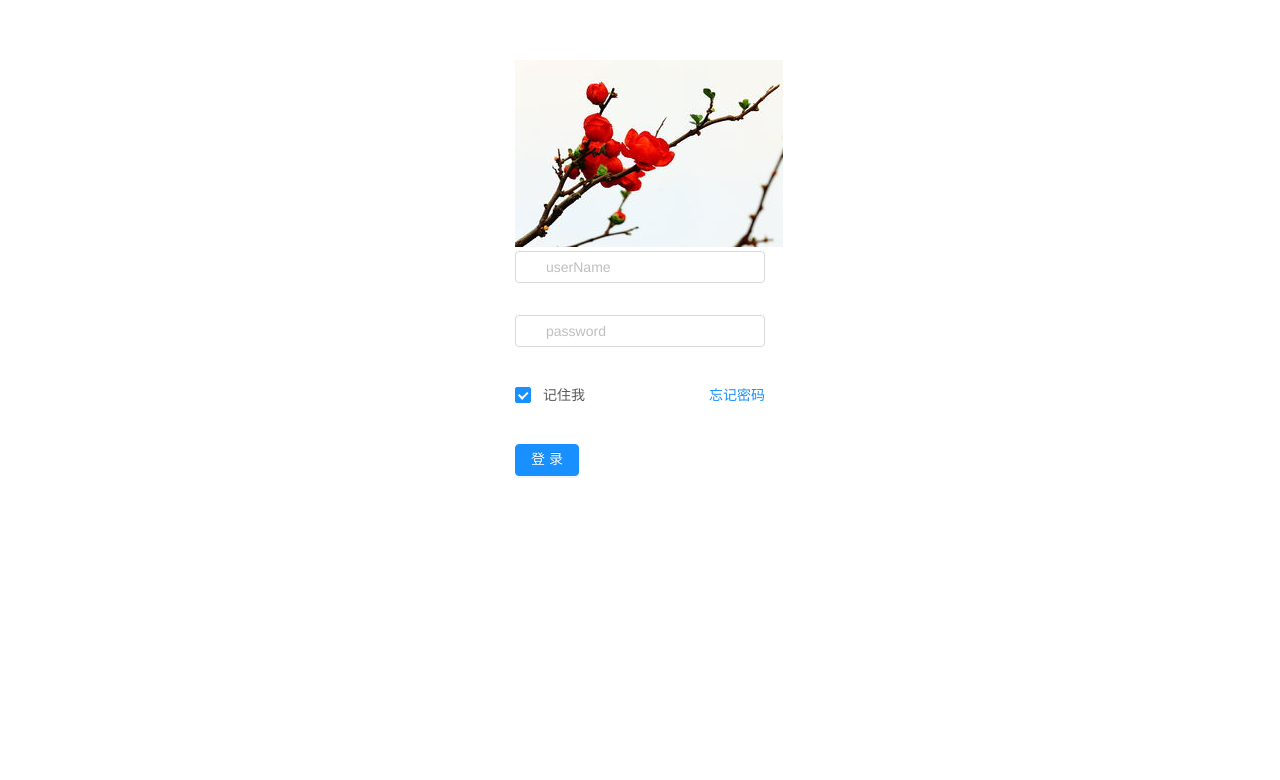
Repository: zhongdm/vue-vuex-antd
Page: /
These files come from the project's save history. The page is drawn as it stood at one moment and after the next save; the edit follows.
The browser window is 1280 px wide. The pictures show the whole page.
The project was rebuilt for these pictures with package versions that can differ from the ones it lists, and the page was loaded fresh each time.

Above is the page before, as saved 2019-03-14 17:10:42.

After the next save:
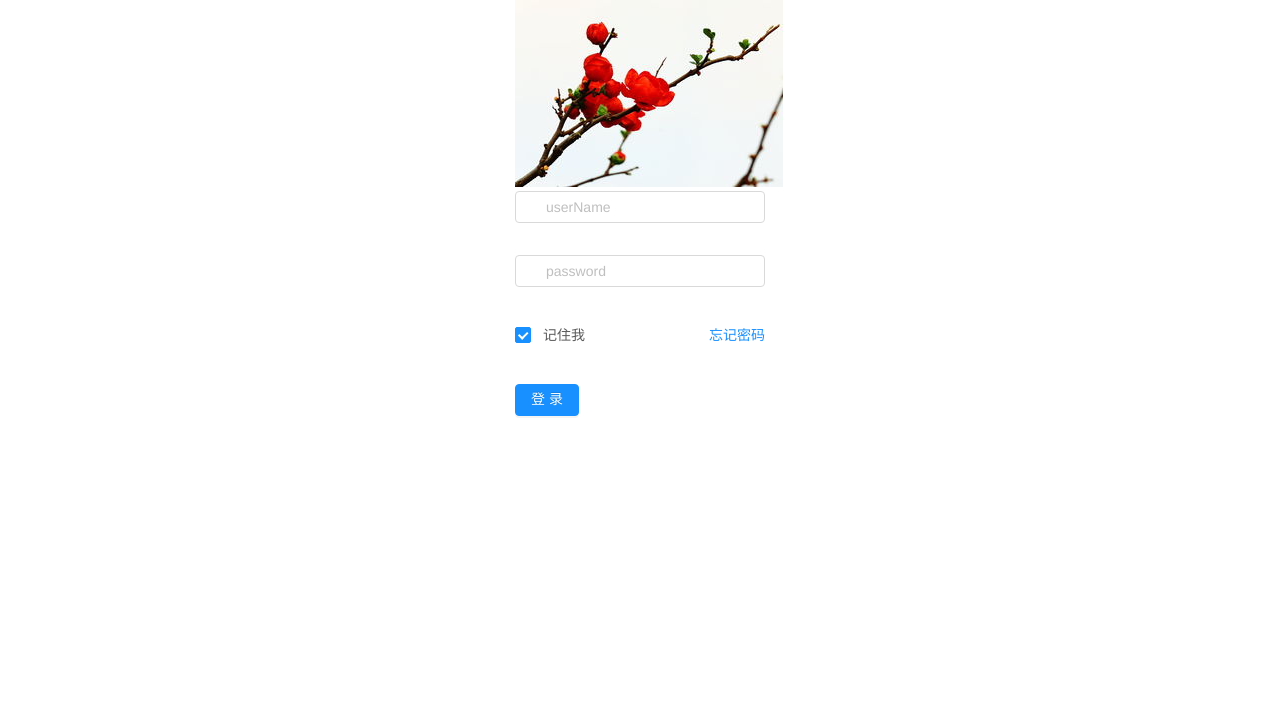
Saved 16 s later.
--- a/src/App.vue
+++ b/src/App.vue
@@ -17,6 +17,6 @@ export default {
   -moz-osx-font-smoothing: grayscale;
   /* text-align: center; */
   color: #2c3e50;
-  margin-top: 60px;
+  /* margin-top: 60px; */
 }
 </style>
